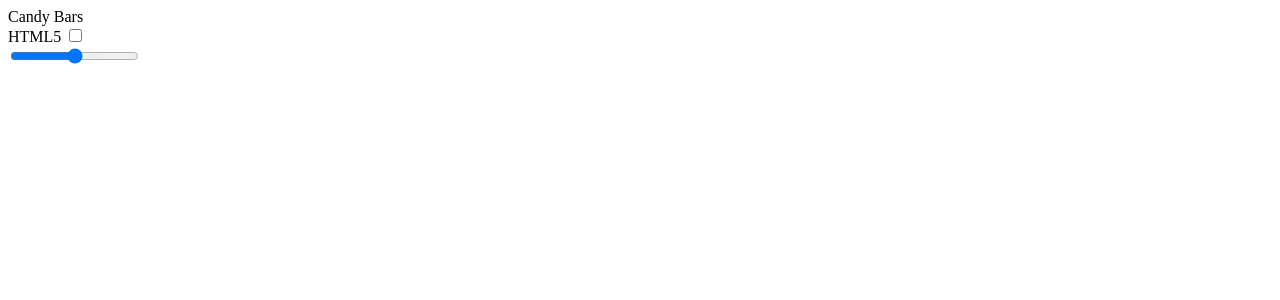
Repository: geof379/phoenix
Page: www/templates/setting.html
These files come from the project's save history. The page is drawn as it stood at one moment and after the next save; the edit follows.
The browser window is 1280 px wide. The pictures show the whole page.

Above is the page before, as saved 2017-04-17 13:31:21.

After the next save:
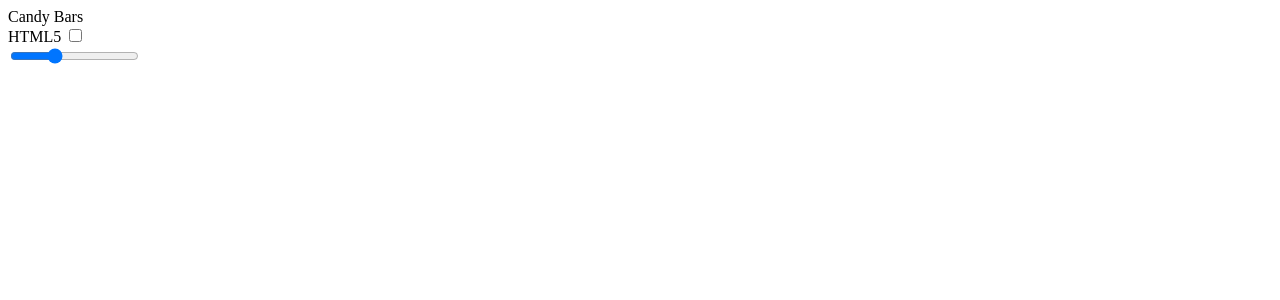
Saved 113 s later.
--- a/www/templates/setting.html
+++ b/www/templates/setting.html
@@ -13,9 +13,9 @@
                 </label>
             </div>
             <div class="item range">
-                <i class="icon ion-volume-low"></i>
-                <input type="range" name="volume">
-                <i class="icon ion-volume-high"></i>
+                <i class="icon ion-ios-sunny-outline"></i>
+                <input type="range" name="volume" min="0" max="100" value="33">
+                <i class="icon ion-ios-sunny"></i>
             </div>
     </ion-content>
 </ion-view>
